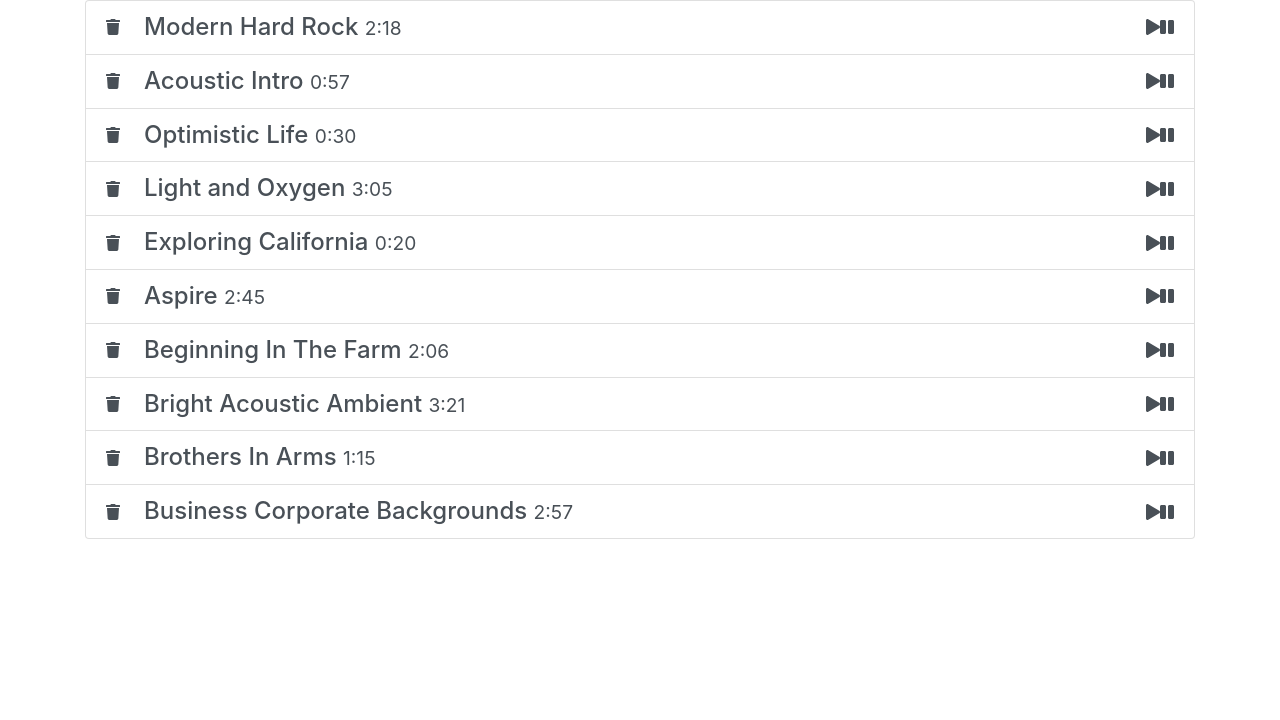
Repository: tanviredu/Data
Page: / (app in 28_vue_with_apis/vue-apis/)
An editor plug-in stored every save of this project. The page is shown before and after the next save, followed by the edit.
The browser window is 1280 px wide. The pictures show the whole page.
The project was rebuilt for these pictures with package versions that can differ from the ones it lists, and the page was loaded fresh each time. Also part of the build but not shown: 28_vue_with_apis/vue-apis/src/components/CurrentSong.vue.

Above is the page before, as saved 2020-07-13 09:16:03.

After the next save:
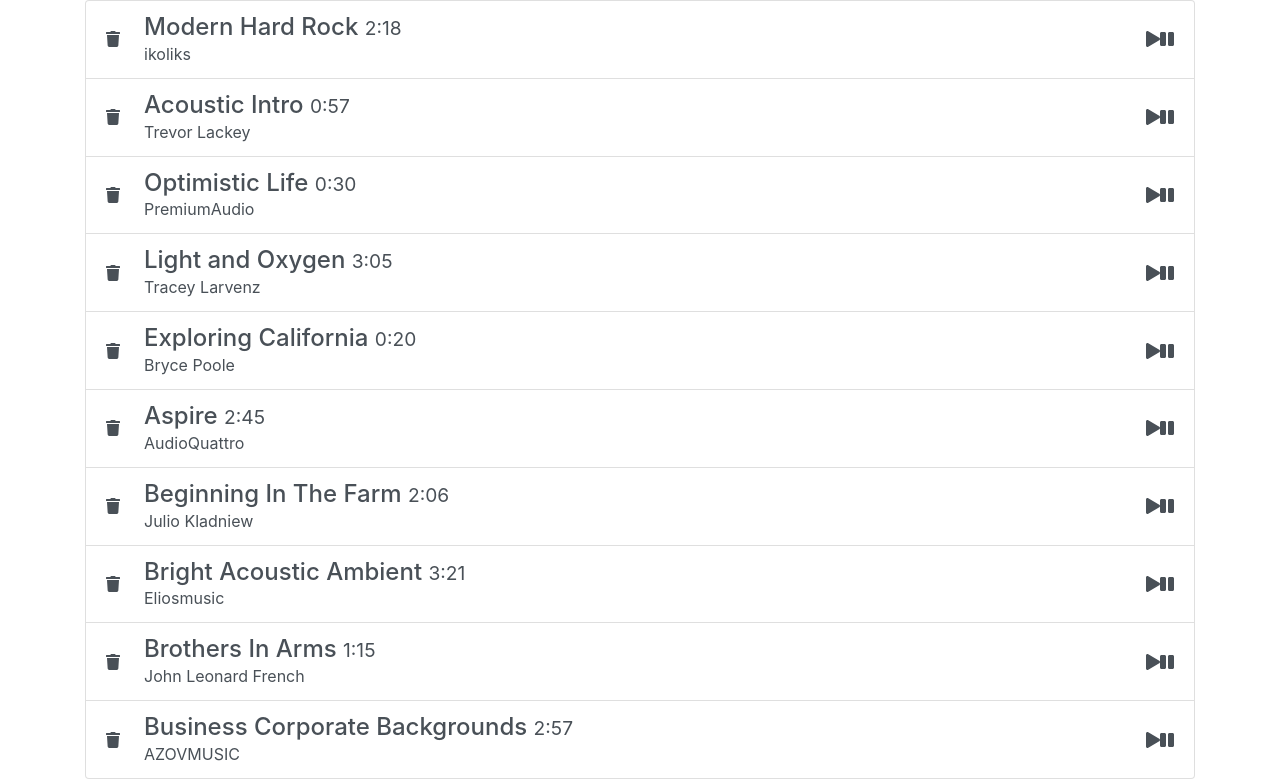
Saved 26 s later.
--- a/28_vue_with_apis/vue-apis/src/components/SongList.vue
+++ b/28_vue_with_apis/vue-apis/src/components/SongList.vue
@@ -13,7 +13,7 @@
             {{song.name}}
             <small class="duration">{{song.duration}}</small>
           </h4>
-          <p class="song-info-creator mb-0"></p>
+          <p class="song-info-creator mb-0">{{song.created_by}}</p>
         </div>
         <div class="now-playing d-flex align-items-center">
           <font-awesome-icon class="play" icon="play" />
